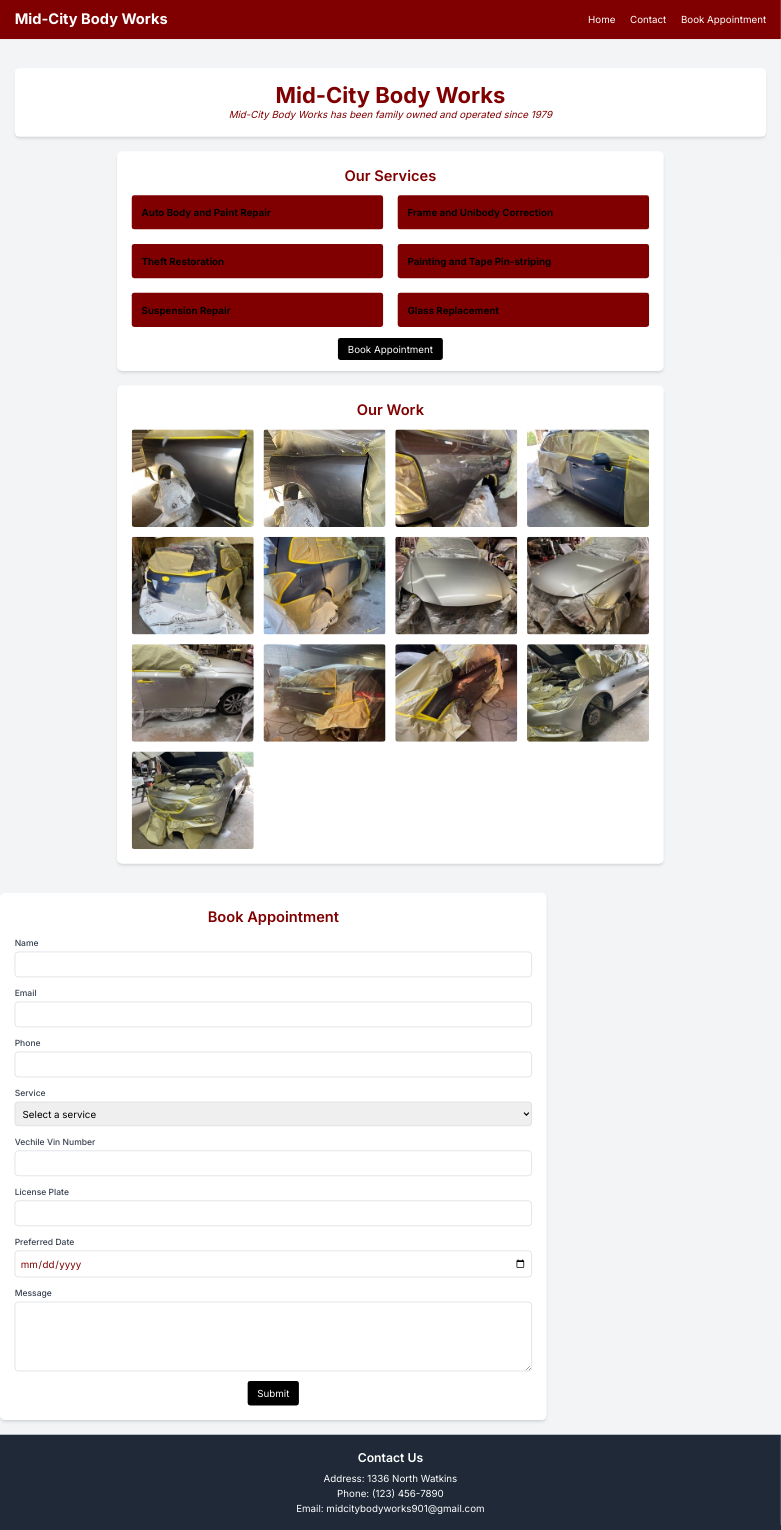
Repository: kayacancode/midcitybodyworks
Page: /
These files come from the project's save history. The page is drawn as it stood at one moment and after the next save; the edit follows.
The browser window is 1280 px wide. The pictures show the whole page, at 61% of full size.
The project was rebuilt for these pictures with package versions that can differ from the ones it lists, and the page was loaded fresh each time. The framework's server and built-in components were replaced by stand-ins that run in the browser. Also part of the build but not shown: next.config.mjs.

Above is the page before, as saved 2024-06-29 12:41:28.

After the next save:
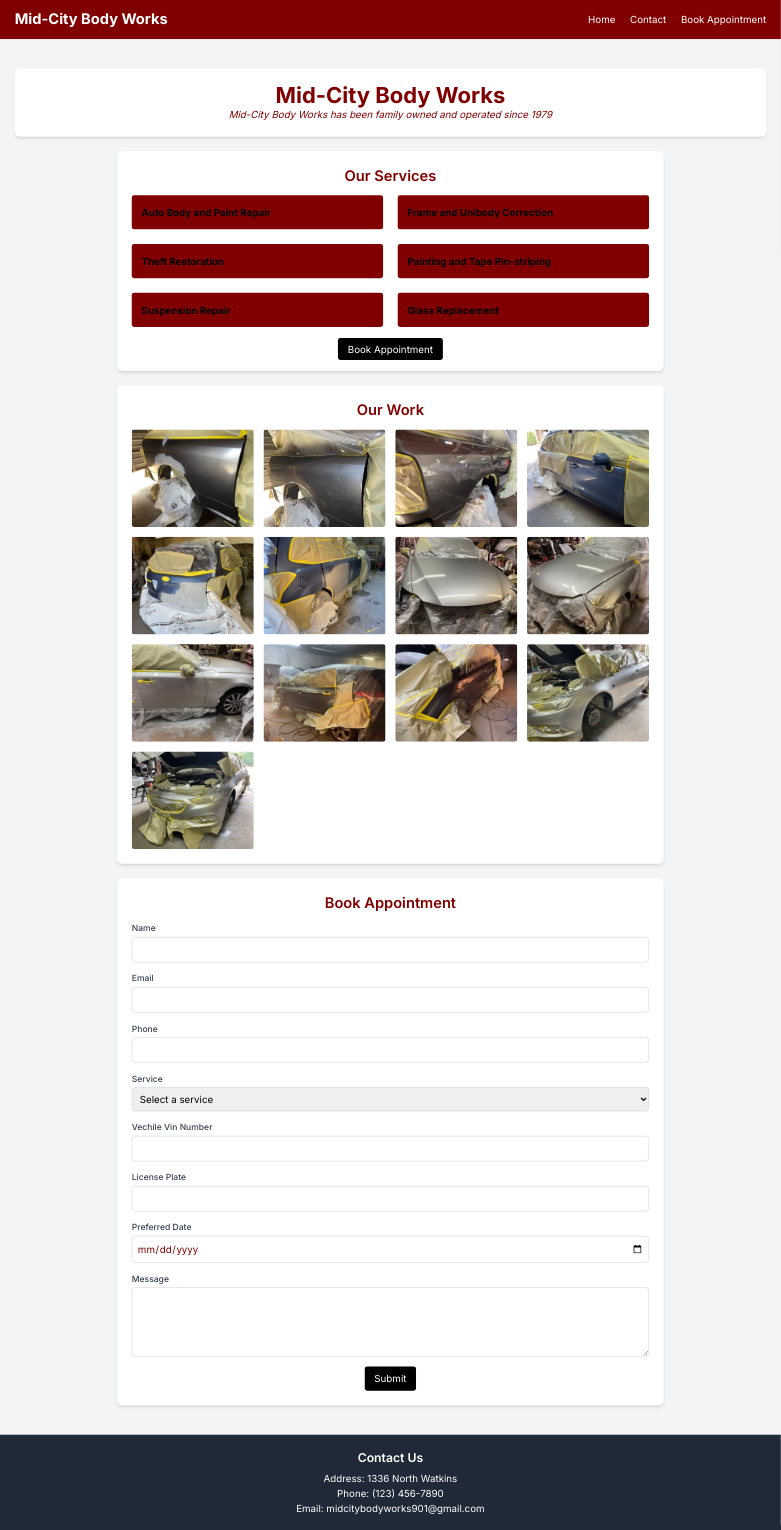
Saved 59 min 26 s later.
--- a/src/app/page.js
+++ b/src/app/page.js
@@ -138,8 +138,7 @@ export default function Home() {
             </div>
           </div>
         </section>
-      </main>
-      <section id="appointment" className="w-full max-w-4xl bg-white p-6 rounded-lg shadow-md mt-6 text-[#800001]">
+        <section id="appointment" className="w-full max-w-4xl bg-white p-6 rounded-lg shadow-md mt-6 text-[#800001]">
           <h2 className="text-2xl font-semibold mb-4 text-[#800001] text-center">Book Appointment</h2>
           <form onSubmit={handleSubmit} className="space-y-4">
             <div>
@@ -254,6 +253,8 @@ export default function Home() {
             </div>
           </form>
         </section>
+      </main>
+
       {/* Footer */}
       <footer className="bg-gray-800 text-white w-full py-6 mt-6">
         <div className="text-center">
